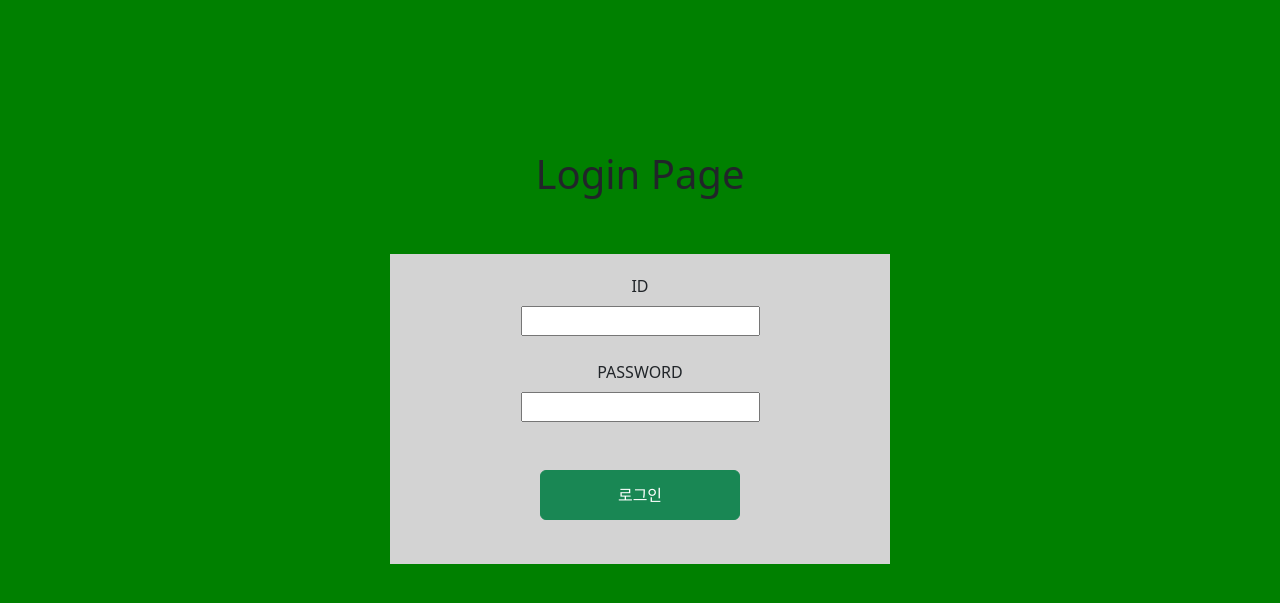
Repository: doridori890130/JSP
Page: http://localhost/jsp_project/mem/login
These files come from the project's save history. The page is drawn as it stood at one moment and after the next save; the edit follows.
The browser window is 1280 px wide. The pictures show the whole page.
The page is served by Tomcat 9. Other server files are loaded and not shown.

Above is the page before, as saved 2023-06-01 04:21:04.

### jsp_project4/jsp_project/src/main/webapp/member/login.jsp
<%@ page language="java" contentType="text/html; charset=UTF-8"
    pageEncoding="UTF-8"%>
<!DOCTYPE html>
<html>
<head>

<meta charset="UTF-8">
<!-- CSS only -->
<link href="https://cdn.jsdelivr.net/npm/bootstrap@5.2.2/dist/css/bootstrap.min.css" rel="stylesheet" integrity="sha384-Zenh87qX5JnK2Jl0vWa8Ck2rdkQ2Bzep5IDxbcnCeuOxjzrPF/et3URy9Bv1WTRi" crossorigin="anonymous">
<style type="text/css">
 body{
 	background-color: green;
 }
 H1{
 	text-align: center;
 	margin-top: 150px;
 }
 div{

 	text-align: center;
 	background-color: lightgray;
 	width: 500px;
 	height: 300px;
 	margin: auto;
 	padding-top: 10px;
 }
 button{
 	width: 200px;
 	height: 50px;
 }
</style>
<title>Insert title here</title>
</head>
<body>
	<h1>Login Page</h1>
	<br> <br>
	<div>
	<form action="/mem/login_auth" method="post" >
	<div class="mb-3">
  <label for="exampleFormControlInput1" class="form-label">ID</label> <br>
		 <input type="text" name="id" > <br> <br>
  <label for="exampleFormControlInput1" class="form-label">PASSWORD</label> <br>
		 <input type="password" name="password" > <br>
<br> <br>
		<button class="btn btn-success" type="submit" >로그인</button>
	</form>
  	</div>

	</div>
</body>
</html>

### jsp_project4/jsp_project/src/main/java/Controller/MemberController.java
package Controller;

import java.io.IOException;
import java.util.List;

import javax.servlet.RequestDispatcher;
import javax.servlet.ServletException;
import javax.servlet.annotation.WebServlet;
import javax.servlet.http.HttpServlet;
import javax.servlet.http.HttpServletRequest;
import javax.servlet.http.HttpServletResponse;
import javax.servlet.http.HttpSession;

import org.slf4j.Logger;
import org.slf4j.LoggerFactory;

import domain.MemberVO;
import service.MemberService;
import service.MemberServiceImpl;

/**
 * Servlet implementation class MemberController
 */
@WebServlet("/mem/*")
public class MemberController extends HttpServlet {
	private static final long serialVersionUID = 1L;
	private static Logger log = LoggerFactory.getLogger(MemberController.class);
	private RequestDispatcher rdp; // 웹의 목적지 주소로 객체를 전달해주는 객체
    private String destpage;
    private int isOk;
    private MemberService msv;

    public MemberController() {
        msv = new MemberServiceImpl();
    }


	protected void service(HttpServletRequest request, HttpServletResponse response) throws ServletException, IOException {
		//characterENcoding 설정
		request.setCharacterEncoding("utf-8");
		response.setCharacterEncoding("utf-8");
		response.setContentType("text/html; charset=utf-8");

		String uri = request.getRequestURI();
		log.info(">>> uri : "+uri);
		String path = uri.substring(uri.lastIndexOf("/")+1);
		log.info(">>> path : "+path);

		switch(path) {
		case "join":
			destpage="/member/join.jsp";
			break;
		case "register":
			try {
				String id = request.getParameter("id");
				String password = request.getParameter("password");
				String email = request.getParameter("email");
				int age = Integer.parseInt(request.getParameter("age"));
				MemberVO mvo = new MemberVO(id,password,email,age);
				isOk = msv.register(mvo);
			} catch (Exception e) {
				e.printStackTrace();
			}
			break;
		case "login":
			destpage="/member/login.jsp";
			break;
		case "login_auth":
			try {
				String id = request.getParameter("id");
				String password = request.getParameter("password");
				MemberVO mvo= new MemberVO(id,password);
				MemberVO loginMvo = msv.login(mvo);
				if(loginMvo != null) {
					HttpSession ses = request.getSession();
					ses.setAttribute("ses", loginMvo);
					ses.setMaxInactiveInterval(10*60);
				}else {
					request.setAttribute("msg_login", 0);
				}
				destpage="/";
			} catch (Exception e) {
				e.printStackTrace();
			}
			break;
		case "logout":
			try {
				HttpSession ses = request.getSession();
				MemberVO mvo = (MemberVO )ses.getAttribute("ses");
				String id = mvo.getId();
				isOk = msv.lastlogin(id);
				ses.invalidate();

			} catch (Exception e) {
				e.printStackTrace();
			}
			destpage="/";
			break;
		case "modify":
			destpage="/member/modify.jsp";
			break;
		case "edit" :
			try {
				MemberVO mvo = new MemberVO(
						request.getParameter("id"),
						request.getParameter("password"),
						request.getParameter("email"),
						Integer.parseInt(request.getParameter("age")),
						request.getParameter("reg_date"),
						request.getParameter("last_login"));
				isOk=msv.modify(mvo);
				if(isOk>0) {
					request.setAttribute("mvo", mvo);
					HttpSession ses = request.getSession();
					ses.setAttribute("ses", mvo);
				}
				destpage="/";
			} catch (Exception e) {
				e.printStackTrace();
			}
			break;
		case "list" :
			try {
				List<MemberVO> list = msv.getList();
				request.setAttribute("list", list);
				destpage="/member/list.jsp";
			} catch (Exception e) {
				e.printStackTrace();
			}
			break;
		case "remove":
			try {
				HttpSession ses = request.getSession();
				MemberVO reMvo = (MemberVO)ses.getAttribute("ses");
				String delId= reMvo.getId();
				isOk = msv.remove(delId);
				ses.invalidate();
				destpage="/";
			} catch (Exception e) {
				e.printStackTrace();
			}
			break;
		}


		rdp = request.getRequestDispatcher(destpage);
		rdp.forward(request, response);
	}


	protected void doGet(HttpServletRequest request, HttpServletResponse response) throws ServletException, IOException {
		service(request,response);
	}


	protected void doPost(HttpServletRequest request, HttpServletResponse response) throws ServletException, IOException {
		service(request,response);
	}

}

### jsp_project4/jsp_project/src/main/java/service/MemberServiceImpl.java
package service;

import java.util.List;

import org.slf4j.Logger;
import org.slf4j.LoggerFactory;

import domain.MemberVO;
import repository.MemberDAO;
import repository.MemberDAOImpl;

public class MemberServiceImpl implements MemberService {
	private static Logger log = LoggerFactory.getLogger(MemberServiceImpl.class);
	private MemberDAO mdao;

	public MemberServiceImpl() {
		mdao= new MemberDAOImpl();
	}

	@Override
	public int register(MemberVO mvo) {
		log.info(">>register service");
		return mdao.register(mvo);
	}

	@Override
	public MemberVO login(MemberVO mvo) {
		log.info(">>login service");
		return mdao.login(mvo);
	}

	@Override
	public int lastlogin(String id) {
		log.info(">>lastlogin service");
		return mdao.lastlogin(id);
	}

	@Override
	public int modify(MemberVO mvo) {
		log.info(">>lastlogin service");
		return mdao.modify(mvo);
	}

	@Override
	public List<MemberVO> getList() {
		log.info(">>lastlogin service");
		return mdao.list();
	}

	@Override
	public int remove(String delId) {
		log.info(">>lastlogin service");
		return mdao.remove(delId);
	}
}

### jsp_project4/jsp_project/src/main/java/repository/MemberDAO.java
package repository;

import java.util.List;

import domain.MemberVO;

public interface MemberDAO {

	int register(MemberVO mvo);

	MemberVO login(MemberVO mvo);

	int lastlogin(String id);

	int modify(MemberVO mvo);

	List<MemberVO> list();

	int remove(String delId);

}

### jsp_project4/jsp_project/src/main/java/repository/MemberDAOImpl.java
package repository;

import java.util.List;

import org.apache.ibatis.session.SqlSession;
import org.slf4j.Logger;
import org.slf4j.LoggerFactory;

import domain.MemberVO;
import orm.DatabaseBuilder;



public class MemberDAOImpl implements MemberDAO {
	private static Logger log = LoggerFactory.getLogger(MemberDAOImpl.class);
	private SqlSession sql;
	private String NS = "MemberMapper.";

	public MemberDAOImpl() {
		new DatabaseBuilder();
		sql= DatabaseBuilder.getFactory().openSession();
	}

	@Override
	public int register(MemberVO mvo) {
		int isOk=sql.insert(NS+"register",mvo);
		if(isOk>0) {
			sql.commit();
		}
		return isOk;
	}

	@Override
	public MemberVO login(MemberVO mvo) {

		return sql.selectOne(NS+"login",mvo);
	}

	@Override
	public int lastlogin(String id) {
		int isOk=sql.update(NS+"lastlogin",id);
		if(isOk>0) {
			sql.commit();
		}
		return isOk;
	}

	@Override
	public int modify(MemberVO mvo) {
		int isOk=sql.update(NS+"modify",mvo);
		if(isOk>0) {
			sql.commit();
		}
		return isOk;
	}

	@Override
	public List<MemberVO> list() {

		return sql.selectList(NS+"list");
	}

	@Override
	public int remove(String delId) {
		int isOk=sql.delete(NS+"del",delId);
		if(isOk>0) {
			sql.commit();
		}
		return isOk;
	}
}

### jsp_project4/jsp_project/src/main/java/orm/DatabaseBuilder.java
package orm;


import java.io.IOException;
import org.apache.ibatis.io.Resources;
import org.apache.ibatis.session.SqlSessionFactory;
import org.apache.ibatis.session.SqlSessionFactoryBuilder;
import org.slf4j.Logger;
import org.slf4j.LoggerFactory;

public class DatabaseBuilder {
	private static Logger log = LoggerFactory.getLogger(DatabaseBuilder.class);
	private static SqlSessionFactory factory;
	private static final String config = "orm/MybatisConfig.xml";

	static {
		try {
			factory = new SqlSessionFactoryBuilder().build(Resources.getResourceAsReader(config));

		} catch (IOException e) {
			log.info("Mybatis 설정오류");
			e.printStackTrace();
		}
	}
	public static SqlSessionFactory getFactory() {
		return factory;
	}
}

### jsp_project4/jsp_project/src/main/java/domain/MemberVO.java
package domain;

public class MemberVO {
//	create table meminfo(
//			mno int auto_increment,
//			id varchar(100),
//			password varchar(100),
//			email varchar(100),
//			age int,
//			reg_date datetime default now(),
//			last_login datetime default null,
//			primary key(mno));
	private int mno;
	private String id;
	private String password;
	private String email;
	private int age;
	private String reg_date;
	private String last_login;

	public MemberVO() {}
	//resister (id, passwor, email, age)
	public MemberVO(String id ,String password, String email, int age) {
		this.id=id;
		this.password=password;
		this.email=email;
		this.age=age;
	}

	// login
	public MemberVO(String id, String password) {
		this.id=id;
		this.password=password;
	}

	//list(id, email, age, reg_date, last_login)
	public MemberVO(String id, String email,int age,String reg_date , String last_login) {
		this.id=id;
		this.email=email;
		this.age=age;
		this.reg_date=reg_date;
		this.last_login=last_login;
	}
	//modify (password, age, email)
	public MemberVO(String password, int age, String email) {
		this.password=password;
		this.age=age;
		this.email=email;
	}
	public MemberVO(String id, String password, String email, int age, String reg_date, String last_login) {

		this.id = id;
		this.password = password;
		this.email = email;
		this.age = age;
		this.reg_date = reg_date;
		this.last_login = last_login;
	}
	public int getMno() {
		return mno;
	}
	public void setMno(int mno) {
		this.mno = mno;
	}
	public String getId() {
		return id;
	}
	public void setId(String id) {
		this.id = id;
	}
	public String getPassword() {
		return password;
	}
	public void setPassword(String password) {
		this.password = password;
	}
	public String getEmail() {
		return email;
	}
	public void setEmail(String email) {
		this.email = email;
	}
	public int getAge() {
		return age;
	}
	public void setAge(int age) {
		this.age = age;
	}
	public String getReg_date() {
		return reg_date;
	}
	public void setReg_date(String reg_date) {
		this.reg_date = reg_date;
	}
	public String getLast_login() {
		return last_login;
	}
	public void setLast_login(String last_login) {
		this.last_login = last_login;
	}
	@Override
	public String toString() {
		return "MemberVo [mno=" + mno + ", id=" + id + ", password=" + password + ", email=" + email + ", age=" + age
				+ ", reg_date=" + reg_date + ", last_login=" + last_login + "]";
	}

}

### jsp_project4/jsp_project/src/main/java/domain/BoardVO.java
package domain;

public class BoardVO {
	private int bno;
	private String title;
	private String writer;
	private String content;
	private String reg_date;
	private int read_count;
	private String image_file;

	public BoardVO() {}

	//register(title, writer, content)
	public BoardVO(String title, String writer, String content) {
		this.title = title;
		this.writer = writer;
		this.content = content;
	}
	//list(bno, title, writer, reg_date)
	public BoardVO(int bno, String title, String writer,
			String reg_date, int read_count) {
		this.bno = bno;
		this.title = title;
		this.writer = writer;
		this.reg_date = reg_date;
		this.read_count = read_count;
	}
	//detail(all)
	public BoardVO(int bno, String title, String writer, String content, String reg_date, int read_count, String image_file) {
		this.bno = bno;
		this.title = title;
		this.writer = writer;
		this.content = content;
		this.reg_date = reg_date;
		this.read_count = read_count;
		this.image_file = image_file;
	}

	//update(bno, title, content)
	public BoardVO(int bno, String title, String content) {
		this.bno = bno;
		this.title =title;
		this.content=content;
	}

	//getter/setter
	public int getBno() {
		return bno;
	}

	public void setBno(int bno) {
		this.bno = bno;
	}

	public String getTitle() {
		return title;
	}

	public int getRead_count() {
		return read_count;
	}

	public void setRead_count(int read_count) {
		this.read_count = read_count;
	}

	public void setTitle(String title) {
		this.title = title;
	}

	public String getWriter() {
		return writer;
	}

	public void setWriter(String writer) {
		this.writer = writer;
	}

	public String getContent() {
		return content;
	}

	public void setContent(String content) {
		this.content = content;
	}

	public String getReg_date() {
		return reg_date;
	}

	public void setReg_date(String reg_date) {
		this.reg_date = reg_date;
	}


	public String getImage_file() {
		return image_file;
	}

	public void setImage_file(String image_file) {
		this.image_file = image_file;
	}

	@Override
	public String toString() {
		return "BoardVO [bno=" + bno + ", title=" + title + ", writer=" + writer + ", content=" + content
				+ ", reg_date=" + reg_date + ", read_count=" + read_count + "]";
	}




}

### jsp_project4/jsp_project/src/main/java/domain/CommentVO.java
package domain;

public class CommentVO {
	private int cno;
	private int bno;
	private String writer;
	private String content;
	private String reg_date;

	public CommentVO() {}

	//post(bno, writer, content)
	public CommentVO(int bno, String writer, String content) {
	this.bno=bno;
	this.writer=writer;
	this.content=content;
	}
	//(writer, content, cno)
	public CommentVO(String writer, String content, int cno) {
	this.writer = writer;
	this.content = content;
	this.cno = cno;
	}
	//modify(cno, content)
	public CommentVO(int cno, String content) {
		this.cno = cno;
		this.content = content;
	}
	//list(bno, cno, writer, content, reg_date)
	public CommentVO(int bno, int cno, String writer, String content,
			String reg_date) {
		this(bno, writer, content);
		this.cno=cno;
		this.reg_date=reg_date;
	}

	public int getCno() {
		return cno;
	}

	public void setCno(int cno) {
		this.cno = cno;
	}

	public int getBno() {
		return bno;
	}

	public void setBno(int bno) {
		this.bno = bno;
	}

	public String getWriter() {
		return writer;
	}

	public void setWriter(String writer) {
		this.writer = writer;
	}

	public String getContent() {
		return content;
	}

	public void setContent(String content) {
		this.content = content;
	}

	public String getReg_date() {
		return reg_date;
	}

	public void setReg_date(String reg_date) {
		this.reg_date = reg_date;
	}

	@Override
	public String toString() {
		return "CommentVO [cno=" + cno + ", bno=" + bno + ", writer=" + writer + ", content=" + content + ", reg_date="
				+ reg_date + "]";
	}
}

### jsp_project4/jsp_project/src/main/java/domain/PagingVO.java
package domain;

public class PagingVO {
	private int pageNo;
	private int qty;

	private String type;
	private String keyword;

	public PagingVO() {
		this(1,10);
	}
	public PagingVO(int pageNo, int qty) {
		this.pageNo=pageNo;
		this.qty=qty;
	}

	public int getPageStart() {
		return (this.pageNo-1)*10;
	}

	public String[] gettypeToArray() {
		return this.type == null ? new String[] {} : this.type.split("");
	}
	public int getPageNo() {
		return pageNo;
	}
	public void setPageNo(int pageNo) {
		this.pageNo = pageNo;
	}
	public int getQty() {
		return qty;
	}
	public void setQty(int qty) {
		this.qty = qty;
	}
	public String getType() {
		return type;
	}
	public void setType(String type) {
		this.type = type;
	}
	public String getKeyword() {
		return keyword;
	}
	public void setKeyword(String keyword) {
		this.keyword = keyword;
	}
	@Override
	public String toString() {
		return "PagingVO [pageNo=" + pageNo + ", qty=" + qty + ", type=" + type + ", keyword=" + keyword + "]";
	}

}

After the next save:
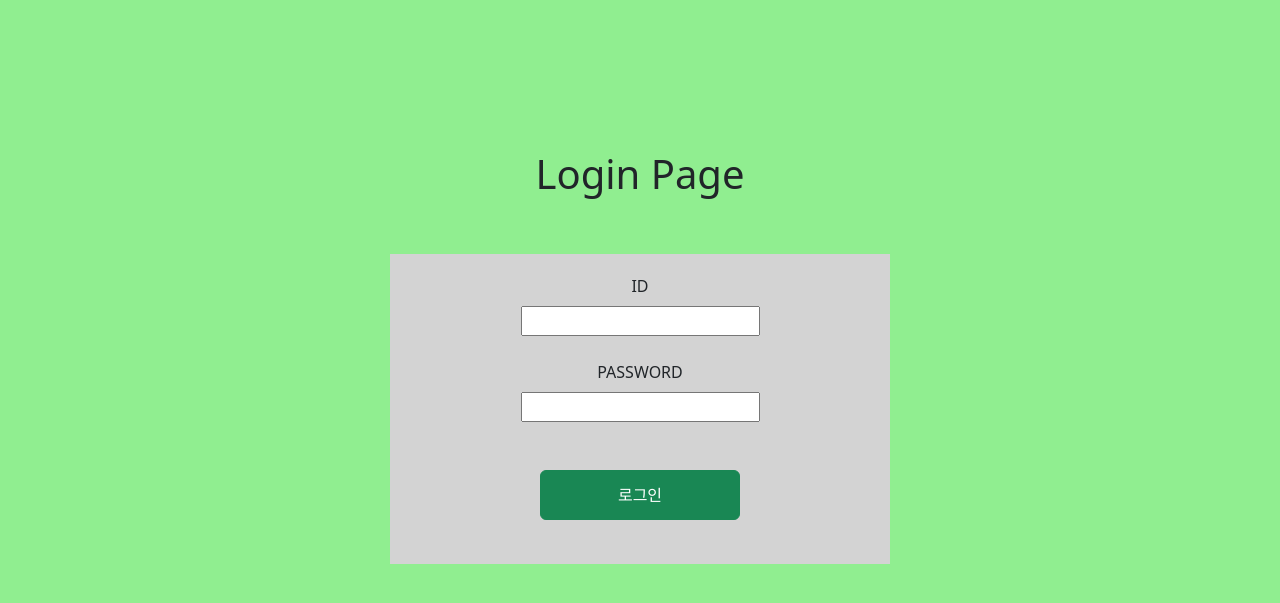
Saved 10 s later.
--- a/jsp_project4/jsp_project/src/main/webapp/member/login.jsp
+++ b/jsp_project4/jsp_project/src/main/webapp/member/login.jsp
@@ -9,7 +9,7 @@
 <link href="https://cdn.jsdelivr.net/npm/bootstrap@5.2.2/dist/css/bootstrap.min.css" rel="stylesheet" integrity="sha384-Zenh87qX5JnK2Jl0vWa8Ck2rdkQ2Bzep5IDxbcnCeuOxjzrPF/et3URy9Bv1WTRi" crossorigin="anonymous">
 <style type="text/css">
  body{
- 	background-color: green;
+ 	background-color: lightgreen;
  }
  H1{
  	text-align: center;
